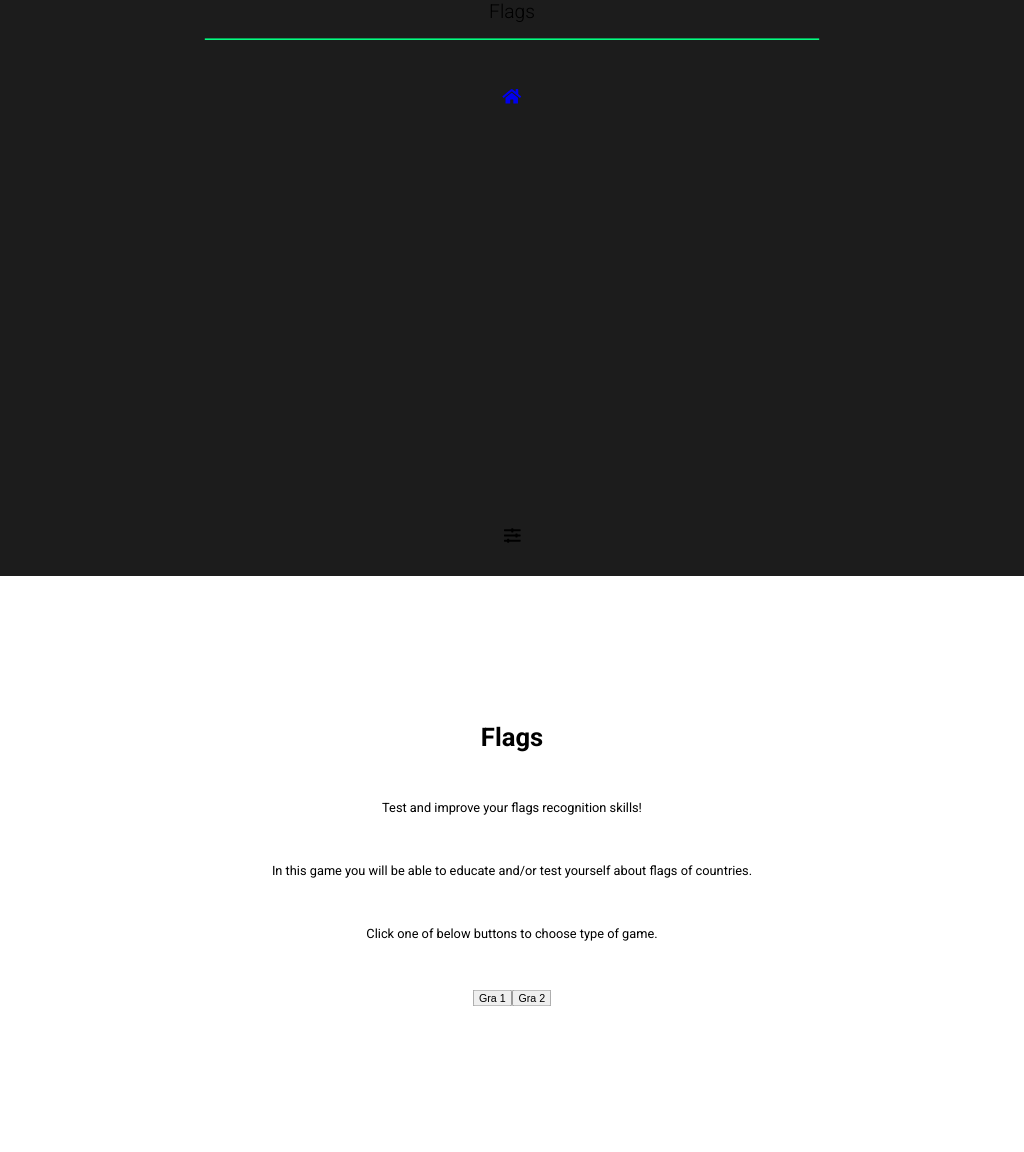
Repository: RXBVK/Flags
Page: /
These files come from the project's save history. The page is drawn as it stood at one moment and after the next save; the edit follows.
The browser window is 1280 px wide. The pictures show the whole page, at 80% of full size.
The project was rebuilt for these pictures with package versions that can differ from the ones it lists, and the page was loaded fresh each time.

Above is the page before, as saved 2021-06-29 16:28:42.

### public/index.html
<!DOCTYPE html>
<html lang="en">

<head>
  <meta charset="utf-8" />
  <link rel="icon" href="%PUBLIC_URL%/favicon.ico" />
  <meta name="viewport" content="width=device-width, initial-scale=1" />
  <meta name="theme-color" content="#000000" />
  <meta name="description" content="Web site created using create-react-app" />
  <link rel="apple-touch-icon" href="%PUBLIC_URL%/logo192.png" />
  <!--
      manifest.json provides metadata used when your web app is installed on a
      user's mobile device or desktop. See https://developers.google.com/web/fundamentals/web-app-manifest/
    -->
  <link rel="manifest" href="%PUBLIC_URL%/manifest.json" />
  <link rel="preconnect" href="https://fonts.googleapis.com">
  <link rel="preconnect" href="https://fonts.gstatic.com" crossorigin>
  <link href="https://fonts.googleapis.com/css2?family=Roboto:wght@100;300;400;500;700;900&display=swap"
    rel="stylesheet">
  <!--
      Notice the use of %PUBLIC_URL% in the tags above.
      It will be replaced with the URL of the `public` folder during the build.
      Only files inside the `public` folder can be referenced from the HTML.

      Unlike "/favicon.ico" or "favicon.ico", "%PUBLIC_URL%/favicon.ico" will
      work correctly both with client-side routing and a non-root public URL.
      Learn how to configure a non-root public URL by running `npm run build`.
    -->
  <title>Learn Countries Flags</title>
</head>

<body>
  <noscript>You need to enable JavaScript to run this app.</noscript>
  <div id="root"></div>
  <!--
      This HTML file is a template.
      If you open it directly in the browser, you will see an empty page.

      You can add webfonts, meta tags, or analytics to this file.
      The build step will place the bundled scripts into the <body> tag.

      To begin the development, run `npm start` or `yarn start`.
      To create a production bundle, use `npm run build` or `yarn build`.
    -->
</body>

</html>

### src/App.js
import Navigation from "./components/Navigation/Navigation";
import { BrowserRouter as Router } from "react-router-dom";

function App() {
  return (
    <>
      <Router>
        <Navigation />
      </Router>
    </>
  );
}

export default App;

### src/components/Navigation/Navigation.js
import React, { useState } from "react";
import { Switch, Route, NavLink } from "react-router-dom";
import { faHome, faSlidersH } from "@fortawesome/free-solid-svg-icons";
import { FontAwesomeIcon } from "@fortawesome/react-fontawesome";
import Divider from "../../utils/Divider";
import Home from "../Home/Home";
import "./Navigation.css";

export default function Navigation() {
  return (
    <>
      <div className="navigation">
        <logo className="navigation__logo">Flags</logo>
        <Divider width={60} height={3} />
        <div className="navigation__menu">
          <NavLink exact to="/">
            <FontAwesomeIcon icon={faHome} />
          </NavLink>
        </div>
        <FontAwesomeIcon icon={faSlidersH} />
      </div>
      <Switch>
        <Route exact path="/">
          <Home />
        </Route>
        {/* <Route>
                        <NotFound />
                    </Route> */}
      </Switch>
    </>
  );
}

### src/utils/Divider.js
import React from "react";

export default function Divider(props) {
  return (
    <div
      style={{
        width: `${props.width}%`,
        height: `${props.height}px`,
        backgroundColor: "#03fc80",
      }}
    ></div>
  );
}

### src/components/Home/Home.js
import React from "react";

export default function Home() {
  return (
    <div className="container">
      <h1>Flags</h1>
      <p>Test and improve your flags recognition skills!</p>
      <p>
        In this game you will be able to educate and/or test yourself about
        flags of countries.
      </p>
      <p>Click one of below buttons to choose type of game.</p>
      <div>
        <button>Gra 1</button>
        <button>Gra 2</button>
      </div>
    </div>
  );
}

### src/components/Navigation/Navigation.css
.container {
  position: relative;
  display: -webkit-box;
  display: -ms-flexbox;
  display: flex;
  -webkit-box-orient: vertical;
  -webkit-box-direction: normal;
      -ms-flex-direction: column;
          flex-direction: column;
  -webkit-box-pack: center;
      -ms-flex-pack: center;
          justify-content: center;
  -webkit-box-align: center;
      -ms-flex-align: center;
          align-items: center;
  text-align: center;
  width: 100%;
  height: 100vh;
  overflow-y: auto;
}

.button {
  border: none;
  border-radius: 25px;
  cursor: pointer;
  -webkit-transition: all 200ms linear;
  transition: all 200ms linear;
}

.button--basic {
  min-width: 200px;
  min-height: 35px;
  background-color: #03fc80;
  font-size: 1.1em;
  margin: 0 20px;
  padding: 8px 30px;
}

.button--basic:hover {
  -webkit-filter: brightness(80%);
          filter: brightness(80%);
}

.button--answer {
  min-width: 250px;
  min-height: 40px;
  font-size: 1em;
  padding: 8px 30px;
  background-color: transparent;
  color: white;
  border: 2px solid #03fc80;
}

.button--answer:hover {
  background-color: #03fc80;
  color: black;
}

.button--light-border {
  border: 1px solid #03fc80;
  border-radius: 0;
  padding: 10px 40px;
}

.button--light-border:hover {
  background-color: #03fc80;
  color: black;
}

.game__container {
  display: -webkit-box;
  display: -ms-flexbox;
  display: flex;
  -webkit-box-orient: vertical;
  -webkit-box-direction: normal;
      -ms-flex-direction: column;
          flex-direction: column;
  -webkit-box-align: center;
      -ms-flex-align: center;
          align-items: center;
  -webkit-box-pack: center;
      -ms-flex-pack: center;
          justify-content: center;
  height: 100%;
  width: 100%;
}

.answers {
  display: -ms-grid;
  display: grid;
  margin: 60px 0 20px 0;
}

@media (max-width: 1000px) {
  .answers {
    -ms-grid-columns: (1fr)[1];
        grid-template-columns: repeat(1, 1fr);
    gap: 25px 0;
    width: 95%;
  }
}

@media (min-width: 1001px) {
  .answers {
    -ms-grid-columns: (1fr)[2];
        grid-template-columns: repeat(2, 1fr);
    gap: 25px 20px;
  }
}

::-webkit-scrollbar {
  width: 10px;
}

/* Track */
::-webkit-scrollbar-track {
  background: #1c1c1c;
}

/* Handle */
::-webkit-scrollbar-thumb {
  background: #2f2f2f;
  border-radius: 10px;
}

/* Handle on hover */
::-webkit-scrollbar-thumb:hover {
  background: #393939;
}

.game__score,
.game__time {
  position: absolute;
  bottom: 30px;
}

.game__score {
  left: 30px;
}

.game__time {
  right: 30px;
}

@media (min-width: 1001px) {
  .container > * {
    margin: 30px 0;
  }
}

.navigation {
  min-width: 150px;
  height: 100vh;
  background-color: #1c1c1c;
  display: -webkit-box;
  display: -ms-flexbox;
  display: flex;
  -webkit-box-orient: vertical;
  -webkit-box-direction: normal;
      -ms-flex-direction: column;
          flex-direction: column;
  -webkit-box-align: center;
      -ms-flex-align: center;
          align-items: center;
  overflow-y: auto;
}

.navigation > * {
  margin: 20px 0;
}

.navigation > :first-child {
  margin-top: 20px;
}

.navigation > :last-child {
  margin-bottom: 40px;
}

.navigation .navigation__logo {
  font-size: 1.5em;
  position: relative;
  font-weight: 300;
  margin: 0;
}

.navigation .navigation__menu {
  display: -webkit-box;
  display: -ms-flexbox;
  display: flex;
  -webkit-box-orient: vertical;
  -webkit-box-direction: normal;
      -ms-flex-direction: column;
          flex-direction: column;
  -webkit-box-align: center;
      -ms-flex-align: center;
          align-items: center;
  height: 100%;
}

.navigation .navigation__menu > * {
  margin: 20px 0;
}

.navigation svg {
  font-size: 1.3em;
  cursor: pointer;
}

@media (max-width: 1000px) {
  .navigation {
    display: none;
  }
}
/*# sourceMappingURL=Navigation.css.map */

Loaded but not shown: src/index.js (common file); src/index.css (common file); src/reportWebVitals.js (common file)

After the next save:
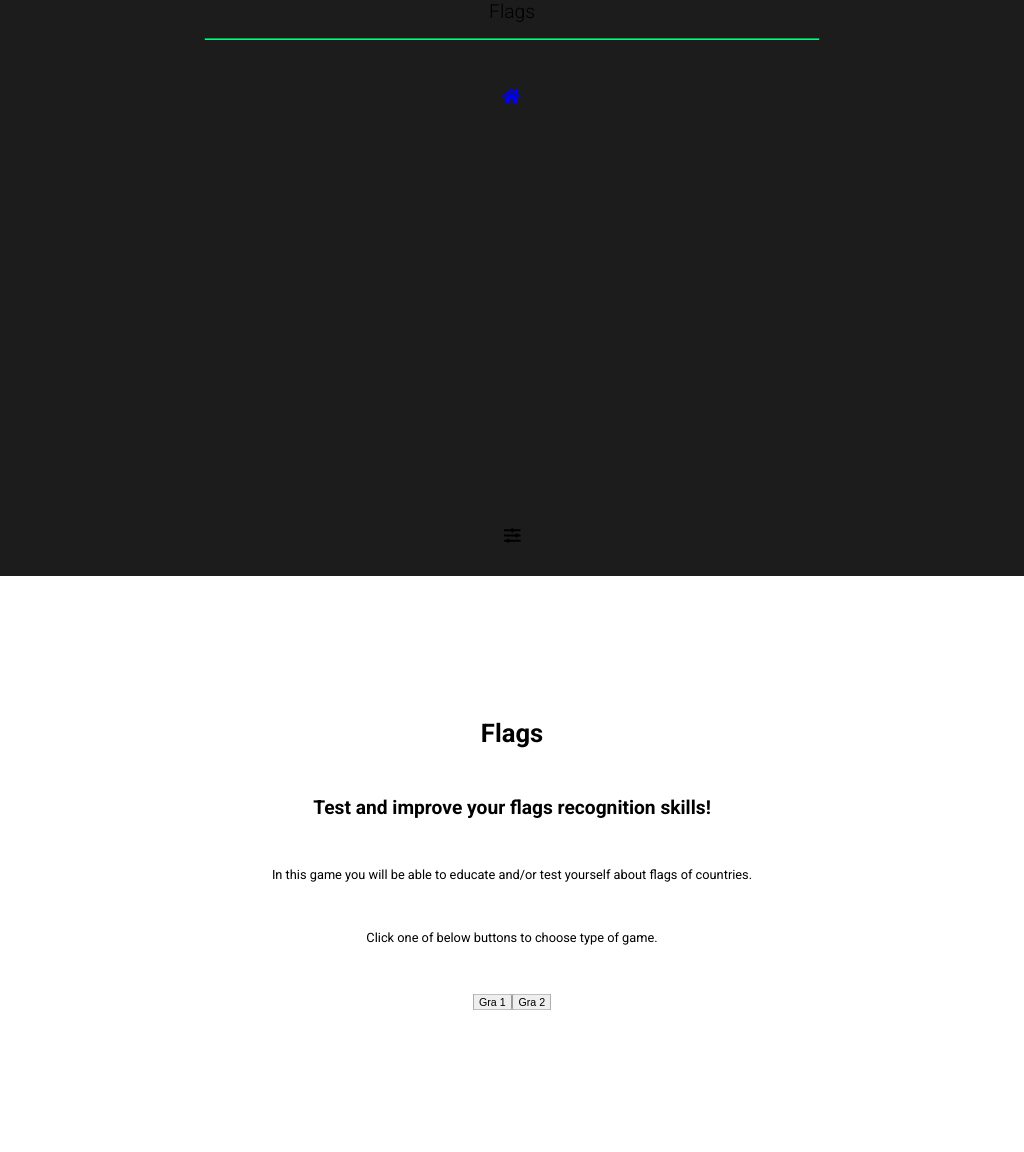
Saved 12 s later.
--- a/src/components/Home/Home.js
+++ b/src/components/Home/Home.js
@@ -4,7 +4,7 @@ export default function Home() {
   return (
     <div className="container">
       <h1>Flags</h1>
-      <p>Test and improve your flags recognition skills!</p>
+      <h2>Test and improve your flags recognition skills!</h2>
       <p>
         In this game you will be able to educate and/or test yourself about
         flags of countries.
